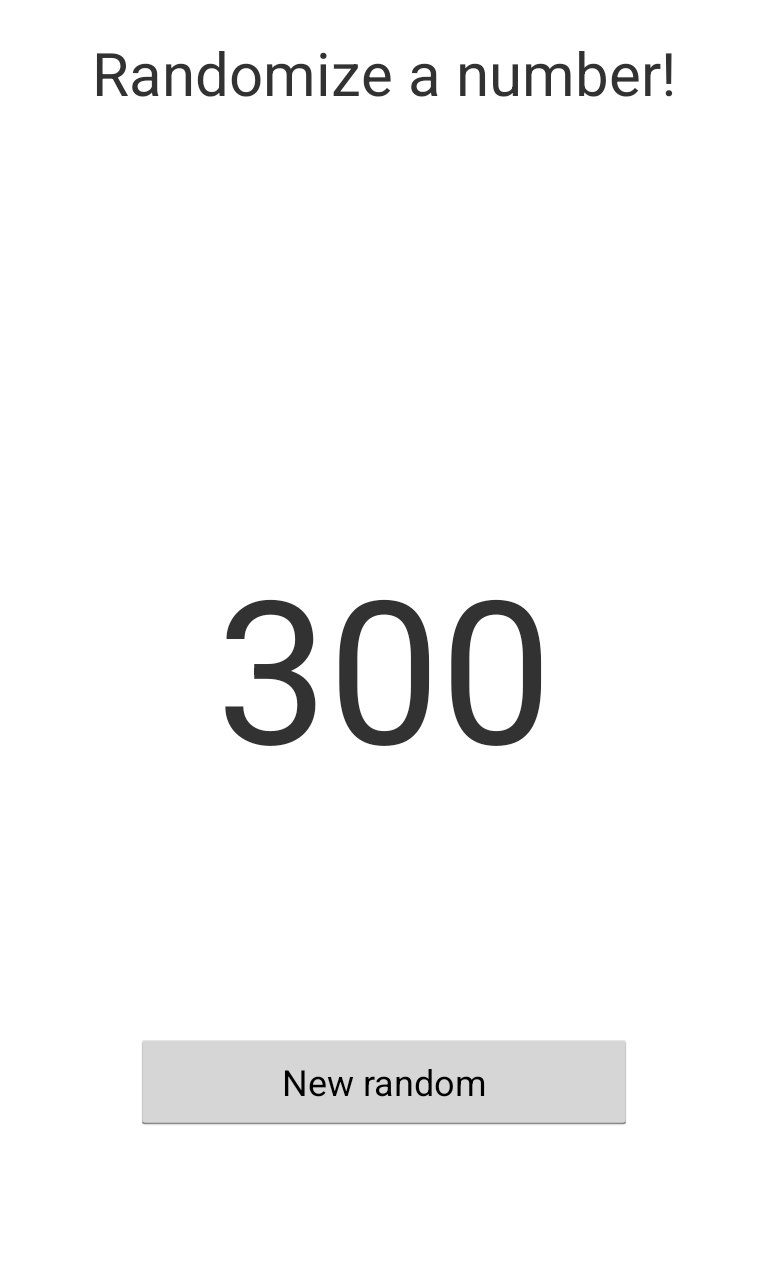
Repository: me222rs/AndroidLab1
Layout: Lab1/res/layout/activity_main.xml
These files come from the project's save history. The layout is drawn as it stood at one moment and after the next save; the edit follows.
It is drawn on a 768 x 1280 px phone screen (xhdpi) without system bars, with theme AppTheme; the app's code is not run.

Above is the layout before, as saved 2014-11-14 09:35:44.

### Lab1/res/layout/activity_main.xml
<RelativeLayout xmlns:android="http://schemas.android.com/apk/res/android"
    xmlns:tools="http://schemas.android.com/tools"
    android:layout_width="match_parent"
    android:layout_height="match_parent"
    android:paddingBottom="@dimen/activity_vertical_margin"
    android:paddingLeft="@dimen/activity_horizontal_margin"
    android:paddingRight="@dimen/activity_horizontal_margin"
    android:paddingTop="@dimen/activity_vertical_margin"
    tools:context="com.example.lab1.MainActivity" >

    <TextView


        android:layout_width="wrap_content"
        android:layout_height="wrap_content"
        android:text="Randomize a number!"
        android:textSize="30dp"
        android:layout_centerHorizontal="true"
        />

        <TextView

       	android:id="@+id/randomText"
       	android:layout_marginTop="250dp"
        android:layout_width="wrap_content"
        android:layout_height="wrap_content"
        android:text="300"
        android:textSize="100dp"
        android:layout_centerHorizontal="true"
        />

    <Button
        android:id="@+id/randomizeButton"
        android:layout_centerHorizontal="true"
        android:layout_marginTop="500dp"
    	android:layout_height="50dp"
     	android:layout_width="250dp"
    	android:text="New random"

    />


</RelativeLayout>

Loaded but not shown: Lab1/res/values/styles.xml (common file); Lab1/res/values-v11/styles.xml (common file); Lab1/res/values-v14/styles.xml (common file); Lab1/res/values/dimens.xml (common file); Lab1/res/values-w820dp/dimens.xml (common file)

After the next save:
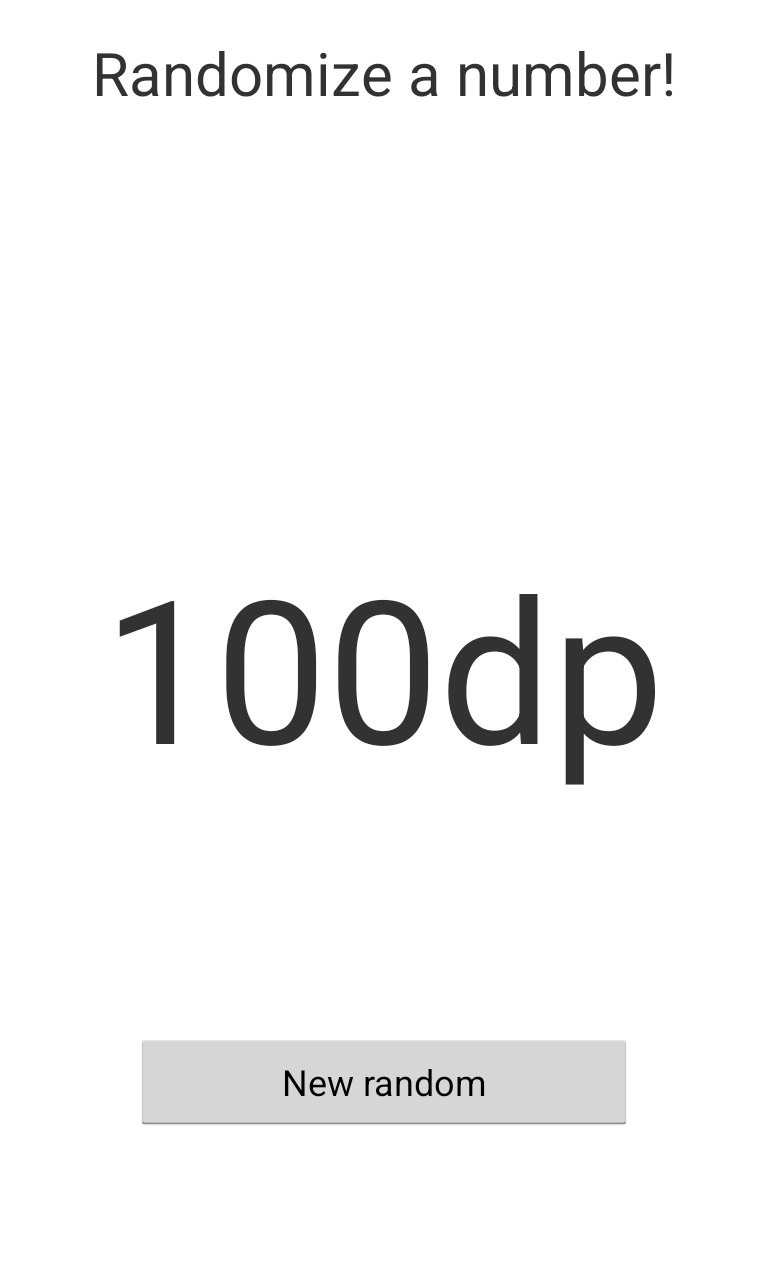
Saved 27 s later.
--- a/Lab1/res/layout/activity_main.xml
+++ b/Lab1/res/layout/activity_main.xml
@@ -24,7 +24,7 @@
        	android:layout_marginTop="250dp"
         android:layout_width="wrap_content"
         android:layout_height="wrap_content"
-        android:text="300"
+        android:text="100dp"
         android:textSize="100dp"
         android:layout_centerHorizontal="true"
         />
